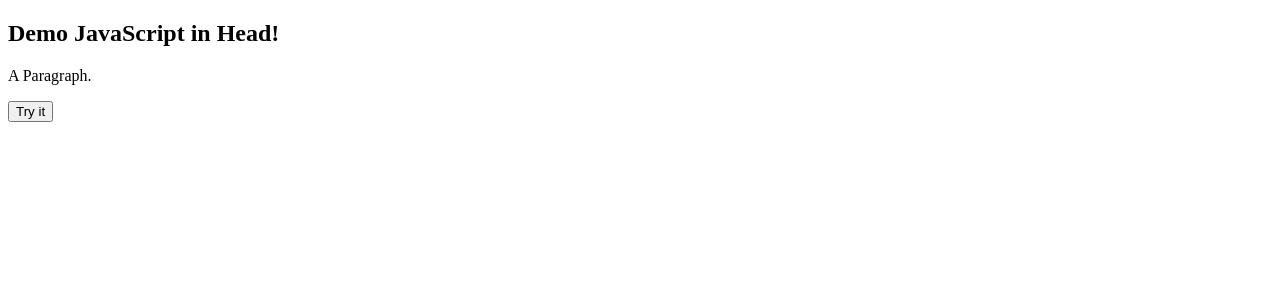
Repository: gautamsonam011/JS-Course
Page: paragraphchanged.html
An editor plug-in stored every save of this project. The page is shown before and after the next save, followed by the edit.
The browser window is 1280 px wide. The pictures show the whole page.

Above is the page before, as saved 2025-05-09 13:49:08.

After the next save:
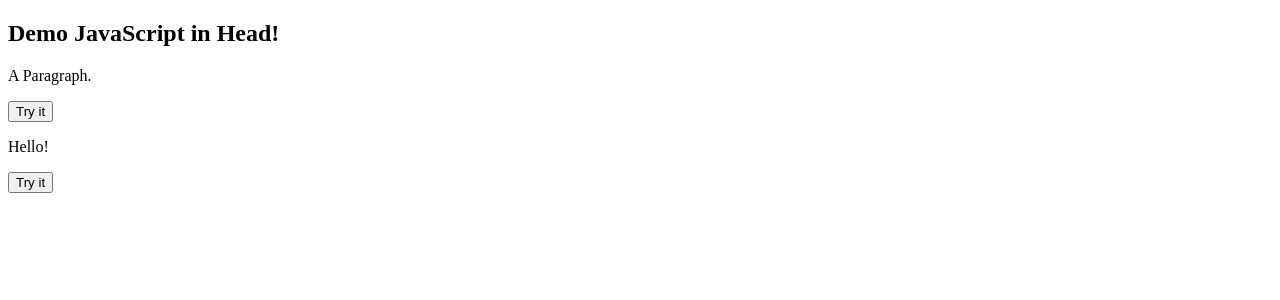
Saved 47 s later.
--- a/paragraphchanged.html
+++ b/paragraphchanged.html
@@ -15,6 +15,7 @@
     <h2>Demo JavaScript in Head!</h2>
     <p id="demo">A Paragraph.</p>
     <button type="button" onclick="myFunction()">Try it</button>
-    <p id="demo1"></p>
+    <p id="demo1">Hello!</p>
+    <button type="button" onclick="myFunction()">Try it</button>
 </body>
 </html>
